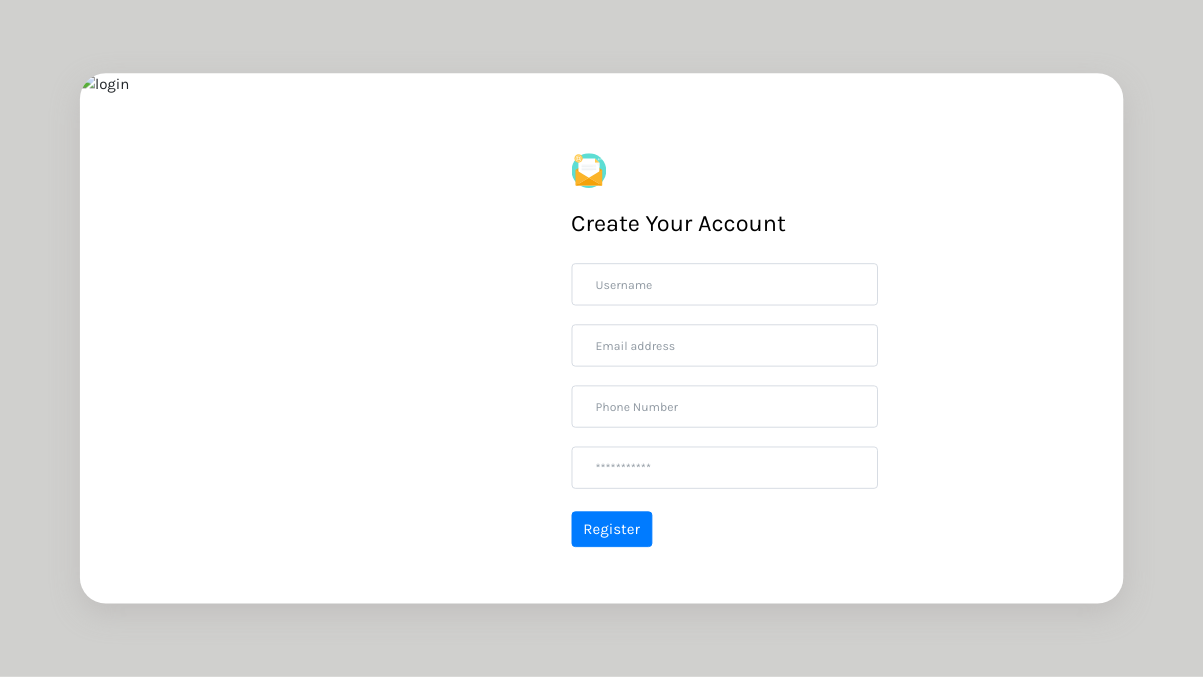
Repository: sara55m/Login
Page: http://localhost/register
An editor plug-in stored every save of this project. The page is shown before and after the next save, followed by the edit.
The browser window is 1280 px wide. The pictures show the whole page, at 94% of full size.
Some web libraries are served in a nearby version. The page is served by the project's Laravel application, run on PHP 8.4 with Laravel 10. Other server files are loaded and not shown.

Above is the page before, as saved 2024-03-01 20:25:09.

### routes/web.php
<?php

use Illuminate\Support\Facades\Route;
use App\Http\Controllers\RegisterController;

/*
|--------------------------------------------------------------------------
| Web Routes
|--------------------------------------------------------------------------
|
| Here is where you can register web routes for your application. These
| routes are loaded by the RouteServiceProvider and all of them will
| be assigned to the "web" middleware group. Make something great!
|
*/

Route::get('/', function () {
    return view('welcome');
});


Route::get('/register', [RegisterController::class,'create']);


Route::post('/register/store', [RegisterController::class,'store']);

### app/Http/Controllers/RegisterController.php
<?php

namespace App\Http\Controllers;

use Illuminate\Http\Request;
use App\Models\User;

class RegisterController extends Controller
{
    public function create(){
        return view('register');
    }
    public function store(Request $request){
        $input=$request->all();
        $validateData=$request->validate([
            'username'=>'required|max:255',
            'email'=>'required|unique:users,email|max:255',
            'phone'=>'required|max_digits:11',
            'password'=>'required'
        ]);

        User::create([

            'username'=>$request->username,
            'email'=>$request->email,
            'phone'=>$request->phone,
            'password'=>$request->password

        ]);
        session()->flash('Add','Your Account Was Successfully Created');


        return redirect('/register');


    }
}

### resources/views/register.blade.php
<!DOCTYPE html>
<html lang="en">
<head>
  <meta charset="UTF-8">
  <meta name="viewport" content="width=device-width, initial-scale=1.0">
  <meta http-equiv="X-UA-Compatible" content="ie=edge">
  <title>Register Template</title>
  <link href="https://fonts.googleapis.com/css?family=Karla:400,700&display=swap" rel="stylesheet">
  <link rel="stylesheet" href="https://cdn.materialdesignicons.com/4.8.95/css/materialdesignicons.min.css">
  <link rel="stylesheet" href="https://stackpath.bootstrapcdn.com/bootstrap/4.4.1/css/bootstrap.min.css">
  <link rel="stylesheet" href="assets/css/login.css">
</head>
<body>
  <main class="d-flex align-items-center min-vh-100 py-3 py-md-0">
    <div class="container">
      <div class="card login-card">
        <div class="row no-gutters">
          <div class="col-md-5">
            <img src="assets/images/login.jpg" alt="login" class="login-card-img">
          </div>
          <div class="col-md-7">
            <div class="card-body">
              <div class="brand-wrapper">
                <img src="assets/images/email.svg" alt="logo" class="logo">
              </div>
              <p class="login-card-description">Create Your Account</p>
              @if($errors->any())
              <div class="alert alert-danger">
                <ul>
                  @foreach ($errors->all() as $error )
                  <li>{{$error}}</li>
                  @endforeach
                </ul>
              </div>
              @endif

              @if(session()->has('Add'))
<div class="alert alert-success alert-dismissible fade show" role="alert">
	<strong>{{session()->get('Add')}}</strong>
	<button type="button" class="close" data-dismiss="alert" aria-label="Close">
		<span aria-hidden="true">&times;</span>
	</button>
</div>
@endif
              <form action="/register/store" method="post">
                @csrf
                <div class="form-group">
                    <label for="username" class="sr-only">Username</label>
                    <input type="text" name="username" id="username" class="form-control" placeholder="Username">

                  </div>
                  <div class="form-group">
                    <label for="email" class="sr-only">Email</label>
                    <input type="email" name="email" id="email" class="form-control" placeholder="Email address">
                  </div>

                  <div class="form-group">
                    <label for="phone" class="sr-only">Phone</label>
                    <input type="text" name="phone" id="phone" class="form-control" placeholder="Phone Number">
                  </div>
                  <div class="form-group mb-4">
                    <label for="password" class="sr-only">Password</label>
                    <input type="password" name="password" id="password" class="form-control" placeholder="***********">
                  </div>
                  <button type="submit" class="btn btn-primary" name="register">Register</button>
                </form>



                </nav>
            </div>
          </div>
        </div>
      </div>
      <!-- <div class="card login-card">
        <img src="assets/images/login.jpg" alt="login" class="login-card-img">
        <div class="card-body">
          <h2 class="login-card-title">Login</h2>
          <p class="login-card-description">Sign in to your account to continue.</p>
          <form action="#!">
            <div class="form-group">
              <label for="email" class="sr-only">Email</label>
              <input type="email" name="email" id="email" class="form-control" placeholder="Email">
            </div>
            <div class="form-group">
              <label for="password" class="sr-only">Password</label>
              <input type="password" name="password" id="password" class="form-control" placeholder="Password">
            </div>
            <div class="form-prompt-wrapper">
              <div class="custom-control custom-checkbox login-card-check-box">
                <input type="checkbox" class="custom-control-input" id="customCheck1">
                <label class="custom-control-label" for="customCheck1">Remember me</label>
              </div>
              <a href="#!" class="text-reset">Forgot password?</a>
            </div>
            <input name="login" id="login" class="btn btn-block login-btn mb-4" type="button" value="Login">
          </form>
          <p class="login-card-footer-text">Don't have an account? <a href="#!" class="text-reset">Register here</a></p>
        </div>
      </div> -->
    </div>
  </main>
  <script src="https://code.jquery.com/jquery-3.4.1.min.js"></script>
  <script src="https://cdn.jsdelivr.net/npm/popper.js@1.16.0/dist/umd/popper.min.js"></script>
  <script src="https://stackpath.bootstrapcdn.com/bootstrap/4.4.1/js/bootstrap.min.js"></script>
</body>
</html>

### public/assets/css/login.css
body {
  font-family: "Karla", sans-serif;
  background-color: #d0d0ce;
  min-height: 100vh; }

.brand-wrapper {
  margin-bottom: 19px; }
  .brand-wrapper .logo {
    height: 37px; }

.login-card {
  border: 0;
  border-radius: 27.5px;
  box-shadow: 0 10px 30px 0 rgba(172, 168, 168, 0.43);
  overflow: hidden; }
  .login-card-img {
    border-radius: 0;
    position: absolute;
    width: 100%;
    height: 100%;
    -o-object-fit: cover;
       object-fit: cover; }
  .login-card .card-body {
    padding: 85px 60px 60px; }
    @media (max-width: 422px) {
      .login-card .card-body {
        padding: 35px 24px; } }
  .login-card-description {
    font-size: 25px;
    color: #000;
    font-weight: normal;
    margin-bottom: 23px; }
  .login-card form {
    max-width: 326px; }
  .login-card .form-control {
    border: 1px solid #d5dae2;
    padding: 15px 25px;
    margin-bottom: 20px;
    min-height: 45px;
    font-size: 13px;
    line-height: 15;
    font-weight: normal; }
    .login-card .form-control::-webkit-input-placeholder {
      color: #919aa3; }
    .login-card .form-control::-moz-placeholder {
      color: #919aa3; }
    .login-card .form-control:-ms-input-placeholder {
      color: #919aa3; }
    .login-card .form-control::-ms-input-placeholder {
      color: #919aa3; }
    .login-card .form-control::placeholder {
      color: #919aa3; }
  .login-card .login-btn {
    padding: 13px 20px 12px;
    background-color: #000;
    border-radius: 4px;
    font-size: 17px;
    font-weight: bold;
    line-height: 20px;
    color: #fff;
    margin-bottom: 24px; }
    .login-card .login-btn:hover {
      border: 1px solid #000;
      background-color: transparent;
      color: #000; }
  .login-card .forgot-password-link {
    font-size: 14px;
    color: #919aa3;
    margin-bottom: 12px; }
  .login-card-footer-text {
    font-size: 16px;
    color: #0d2366;
    margin-bottom: 60px; }
    @media (max-width: 767px) {
      .login-card-footer-text {
        margin-bottom: 24px; } }
  .login-card-footer-nav a {
    font-size: 14px;
    color: #919aa3; }

/*# sourceMappingURL=login.css.map */

### public/assets/images/email.svg
<?xml version="1.0" encoding="iso-8859-1"?>
<!-- Generator: Adobe Illustrator 19.0.0, SVG Export Plug-In . SVG Version: 6.00 Build 0)  -->
<svg version="1.1" id="Layer_1" xmlns="http://www.w3.org/2000/svg" xmlns:xlink="http://www.w3.org/1999/xlink" x="0px" y="0px"
	 viewBox="0 0 512 512" style="enable-background:new 0 0 512 512;" xml:space="preserve">
<path style="fill:#5DDDD3;" d="M255.999,0C397.385,0,512,114.613,512,256.001C512,397.385,397.385,512,255.999,512
	S0,397.385,0,256.001C0,114.613,114.615,0,255.999,0z"/>
<g>
	<path style="fill:#F5A209;" d="M450.359,244.56H61.643l194.358-114.723L450.359,244.56z"/>
	<path style="fill:#F5A209;" d="M61.641,244.56h388.716v229.45H61.641V244.56z"/>
</g>
<path style="fill:#FFFFFF;" d="M101.578,77.635h244.43l64.413,64.413v331.965H101.578V77.637V77.635z"/>
<path style="fill:#ECF0F1;" d="M148.146,162.641h215.701v4.864H148.146V162.641z M148.146,215.039L148.146,215.039h215.701v4.868
	H148.146V215.039z M148.146,224.064L148.146,224.064h215.701v4.866H148.146V224.064z M148.146,233.088L148.146,233.088h215.701
	v4.864H148.146V233.088z M148.146,242.113L148.146,242.113h215.712v4.864H148.146V242.113z M148.146,171.665L148.146,171.665
	h215.701v4.866H148.146V171.665z M148.146,180.69L148.146,180.69h215.701v4.866H148.146V180.69z M148.146,189.714L148.146,189.714
	h215.712v4.864H148.146V189.714z M148.144,198.739L148.144,198.739h165.225v4.864H148.144V198.739z M148.144,251.139
	L148.144,251.139h165.225v4.866H148.144V251.139z"/>
<path style="fill:#FFCA4F;" d="M346.01,77.635v64.413h64.413L346.01,77.635z"/>
<path style="fill:#B3B3B3;" d="M218.214,426.22h73.188v7.15h-73.188V426.22z"/>
<g>
	<path style="fill:#FBB429;" d="M61.641,244.56l194.358,114.723L61.641,474.01V244.56z"/>
	<path style="fill:#FBB429;" d="M450.359,244.56L256.001,359.283L450.359,474.01V244.56z"/>
</g>
<path style="fill:#F5A209;" d="M255.999,359.283L61.641,474.01h388.716L255.999,359.283z"/>
<path style="fill:#F7FAFA;" d="M410.42,206.456v-64.41h-64.41L410.42,206.456z"/>
<path style="fill:#FFCA4F;" d="M103.842,16.605c33.759,0,61.127,27.367,61.127,61.127s-27.369,61.127-61.127,61.127
	c-33.761,0-61.127-27.369-61.127-61.127C42.715,43.971,70.083,16.605,103.842,16.605z"/>
<g>
	<path style="fill:#FFFFFF;" d="M108.481,93.852c-1.905,2.207-4.039,3.98-6.412,5.318c-2.359,1.336-4.732,1.998-7.106,1.998
		c-2.615,0-5.153-0.765-7.631-2.282c-2.463-1.532-4.46-3.876-6.008-7.047c-1.548-3.168-2.313-6.654-2.313-10.44
		c0-4.67,1.202-9.342,3.59-14.029c2.388-4.67,5.36-8.184,8.908-10.544c3.545-2.344,7-3.515,10.334-3.515
		c2.553,0,4.987,0.659,7.313,1.998c2.315,1.338,4.313,3.38,5.98,6.099l1.548-6.835h7.84l-6.339,29.56
		c-0.889,4.116-1.323,6.383-1.323,6.817c0,0.798,0.3,1.488,0.902,2.059c0.602,0.571,1.336,0.855,2.176,0.855
		c1.561,0,3.605-0.886,6.129-2.674c3.349-2.344,6.008-5.483,7.962-9.432c1.951-3.936,2.926-7.99,2.926-12.182
		c0-4.897-1.261-9.463-3.768-13.699c-2.509-4.249-6.264-7.644-11.251-10.2c-4.97-2.538-10.484-3.814-16.508-3.814
		c-6.879,0-13.172,1.607-18.852,4.807c-5.693,3.215-10.109,7.812-13.231,13.805c-3.142,5.995-4.703,12.42-4.703,19.286
		c0,7.181,1.561,13.355,4.688,18.536c3.138,5.197,7.66,9.027,13.577,11.505c5.918,2.476,12.466,3.709,19.663,3.709
		c7.706,0,14.149-1.29,19.345-3.889c5.197-2.582,9.086-5.739,11.672-9.448h7.929c-1.501,3.08-4.07,6.233-7.704,9.432
		c-3.636,3.199-7.962,5.739-12.978,7.6c-5.018,1.863-11.071,2.794-18.131,2.794c-6.52,0-12.528-0.842-18.025-2.509
		c-5.512-1.667-10.197-4.176-14.074-7.523c-3.876-3.365-6.791-7.228-8.758-11.582c-2.463-5.541-3.695-11.52-3.695-17.934
		c0-7.135,1.473-13.952,4.403-20.426c3.587-7.931,8.681-14.014,15.275-18.236c6.595-4.22,14.585-6.324,23.989-6.324
		c7.285,0,13.833,1.486,19.632,4.46c5.799,2.974,10.38,7.404,13.714,13.293c2.855,5.062,4.282,10.577,4.282,16.523
		c0,8.502-2.99,16.043-8.967,22.635c-5.349,5.92-11.176,8.879-17.513,8.879c-2.031,0-3.651-0.317-4.897-0.933
		c-1.248-0.615-2.161-1.502-2.749-2.659C108.933,96.93,108.664,95.653,108.481,93.852z M87.123,81.954L87.123,81.954
		c0,4.026,0.961,7.148,2.871,9.373c1.905,2.238,4.086,3.349,6.562,3.349c1.638,0,3.365-0.498,5.197-1.473
		c1.817-0.992,3.561-2.447,5.214-4.385c1.665-1.938,3.018-4.401,4.07-7.375c1.065-2.974,1.592-5.962,1.592-8.965
		c0-3.982-0.992-7.091-2.974-9.285c-1.982-2.207-4.403-3.305-7.241-3.305c-1.876,0-3.651,0.481-5.318,1.427
		c-1.654,0.961-3.259,2.494-4.82,4.61c-1.548,2.103-2.809,4.67-3.742,7.706c-0.946,3.018-1.411,5.797-1.411,8.321V81.954z"/>
	<path style="fill:#FFFFFF;" d="M473.318,59.119l18.644,16.812l1.707,1.539l-1.707,1.537l-18.644,16.812l-2.767-3.074l14.638-13.203
		h-68.45v-4.145h68.45l-14.638-13.203l2.767-3.074V59.119z"/>
	<path style="fill:#FFFFFF;" d="M405.645,70.798l-18.642,16.814l-1.707,1.537l1.707,1.539l18.642,16.814l2.767-3.076l-14.638-13.203
		h68.45v-4.143h-68.45l14.638-13.205l-2.767-3.076V70.798z"/>
</g>
<g>
</g>
<g>
</g>
<g>
</g>
<g>
</g>
<g>
</g>
<g>
</g>
<g>
</g>
<g>
</g>
<g>
</g>
<g>
</g>
<g>
</g>
<g>
</g>
<g>
</g>
<g>
</g>
<g>
</g>
</svg>

### resources/views/layout.blade.php
<!DOCTYPE html>
<html lang="en">
<head>
  <meta charset="UTF-8">
  <meta name="viewport" content="width=device-width, initial-scale=1.0">
  <meta http-equiv="X-UA-Compatible" content="ie=edge">
  <title>@yield('title')</title>
  <link href="https://fonts.googleapis.com/css?family=Karla:400,700&display=swap" rel="stylesheet">
  <link rel="stylesheet" href="https://cdn.materialdesignicons.com/4.8.95/css/materialdesignicons.min.css">
  <link rel="stylesheet" href="https://stackpath.bootstrapcdn.com/bootstrap/4.4.1/css/bootstrap.min.css">
  <link rel="stylesheet" href="assets/css/login.css">
</head>
<body>
    <main class="d-flex align-items-center min-vh-100 py-3 py-md-0">
        <div class="container">
          <div class="card login-card">
            <div class="row no-gutters">
              <div class="col-md-5">
                <img src="assets/images/login.jpg" alt="login" class="login-card-img">
              </div>
              <div class="col-md-7">
                <div class="card-body">
                  <div class="brand-wrapper">
                    <img src="assets/images/email.svg" alt="logo" class="logo">
                  </div>
                  @yield('content')

                </div>
            </div>
          </div>
        </div>
        <!-- <div class="card login-card">
          <img src="assets/images/login.jpg" alt="login" class="login-card-img">
          <div class="card-body">
            <h2 class="login-card-title">Login</h2>
            <p class="login-card-description">Sign in to your account to continue.</p>
            <form action="#!">
              <div class="form-group">
                <label for="email" class="sr-only">Email</label>
                <input type="email" name="email" id="email" class="form-control" placeholder="Email">
              </div>
              <div class="form-group">
                <label for="password" class="sr-only">Password</label>
                <input type="password" name="password" id="password" class="form-control" placeholder="Password">
              </div>
              <div class="form-prompt-wrapper">
                <div class="custom-control custom-checkbox login-card-check-box">
                  <input type="checkbox" class="custom-control-input" id="customCheck1">
                  <label class="custom-control-label" for="customCheck1">Remember me</label>
                </div>
                <a href="#!" class="text-reset">Forgot password?</a>
              </div>
              <input name="login" id="login" class="btn btn-block login-btn mb-4" type="button" value="Login">
            </form>
            <p class="login-card-footer-text">Don't have an account? <a href="#!" class="text-reset">Register here</a></p>
          </div>
        </div> -->
      </div>
    </main>
    <script src="https://code.jquery.com/jquery-3.4.1.min.js"></script>
    <script src="https://cdn.jsdelivr.net/npm/popper.js@1.16.0/dist/umd/popper.min.js"></script>
    <script src="https://stackpath.bootstrapcdn.com/bootstrap/4.4.1/js/bootstrap.min.js"></script>
  </body>
  </html>

Loaded but not shown: app/Http/Controllers/Controller.php (common file)

After the next save:
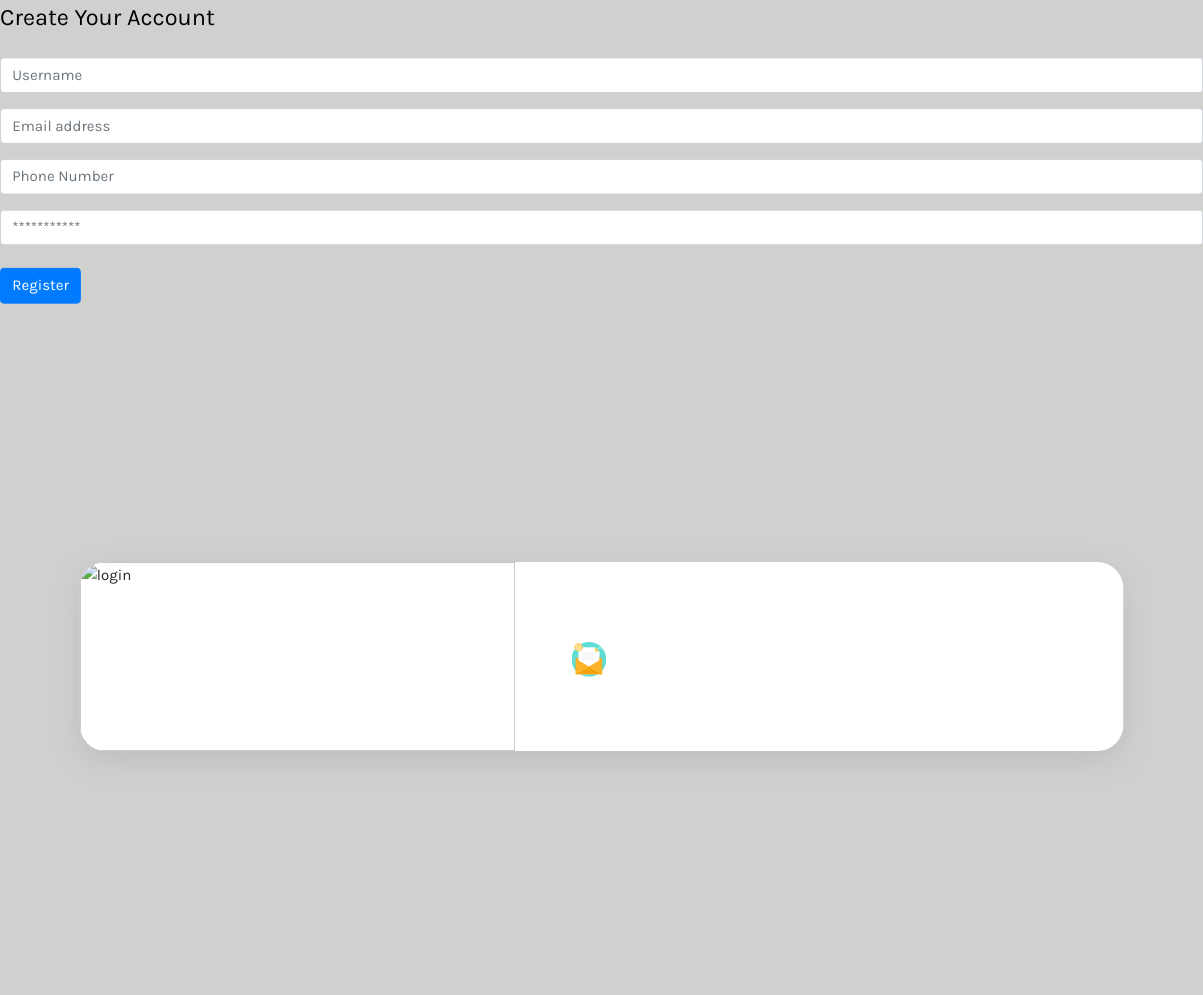
Saved 81 s later.
--- a/resources/views/register.blade.php
+++ b/resources/views/register.blade.php
@@ -1,28 +1,4 @@
-<!DOCTYPE html>
-<html lang="en">
-<head>
-  <meta charset="UTF-8">
-  <meta name="viewport" content="width=device-width, initial-scale=1.0">
-  <meta http-equiv="X-UA-Compatible" content="ie=edge">
-  <title>Register Template</title>
-  <link href="https://fonts.googleapis.com/css?family=Karla:400,700&display=swap" rel="stylesheet">
-  <link rel="stylesheet" href="https://cdn.materialdesignicons.com/4.8.95/css/materialdesignicons.min.css">
-  <link rel="stylesheet" href="https://stackpath.bootstrapcdn.com/bootstrap/4.4.1/css/bootstrap.min.css">
-  <link rel="stylesheet" href="assets/css/login.css">
-</head>
-<body>
-  <main class="d-flex align-items-center min-vh-100 py-3 py-md-0">
-    <div class="container">
-      <div class="card login-card">
-        <div class="row no-gutters">
-          <div class="col-md-5">
-            <img src="assets/images/login.jpg" alt="login" class="login-card-img">
-          </div>
-          <div class="col-md-7">
-            <div class="card-body">
-              <div class="brand-wrapper">
-                <img src="assets/images/email.svg" alt="logo" class="logo">
-              </div>
+@extends('layout')
               <p class="login-card-description">Create Your Account</p>
               @if($errors->any())
               <div class="alert alert-danger">
@@ -68,40 +44,3 @@
 
 
                 </nav>
-            </div>
-          </div>
-        </div>
-      </div>
-      <!-- <div class="card login-card">
-        <img src="assets/images/login.jpg" alt="login" class="login-card-img">
-        <div class="card-body">
-          <h2 class="login-card-title">Login</h2>
-          <p class="login-card-description">Sign in to your account to continue.</p>
-          <form action="#!">
-            <div class="form-group">
-              <label for="email" class="sr-only">Email</label>
-              <input type="email" name="email" id="email" class="form-control" placeholder="Email">
-            </div>
-            <div class="form-group">
-              <label for="password" class="sr-only">Password</label>
-              <input type="password" name="password" id="password" class="form-control" placeholder="Password">
-            </div>
-            <div class="form-prompt-wrapper">
-              <div class="custom-control custom-checkbox login-card-check-box">
-                <input type="checkbox" class="custom-control-input" id="customCheck1">
-                <label class="custom-control-label" for="customCheck1">Remember me</label>
-              </div>
-              <a href="#!" class="text-reset">Forgot password?</a>
-            </div>
-            <input name="login" id="login" class="btn btn-block login-btn mb-4" type="button" value="Login">
-          </form>
-          <p class="login-card-footer-text">Don't have an account? <a href="#!" class="text-reset">Register here</a></p>
-        </div>
-      </div> -->
-    </div>
-  </main>
-  <script src="https://code.jquery.com/jquery-3.4.1.min.js"></script>
-  <script src="https://cdn.jsdelivr.net/npm/popper.js@1.16.0/dist/umd/popper.min.js"></script>
-  <script src="https://stackpath.bootstrapcdn.com/bootstrap/4.4.1/js/bootstrap.min.js"></script>
-</body>
-</html>

After the 2 saves that followed:
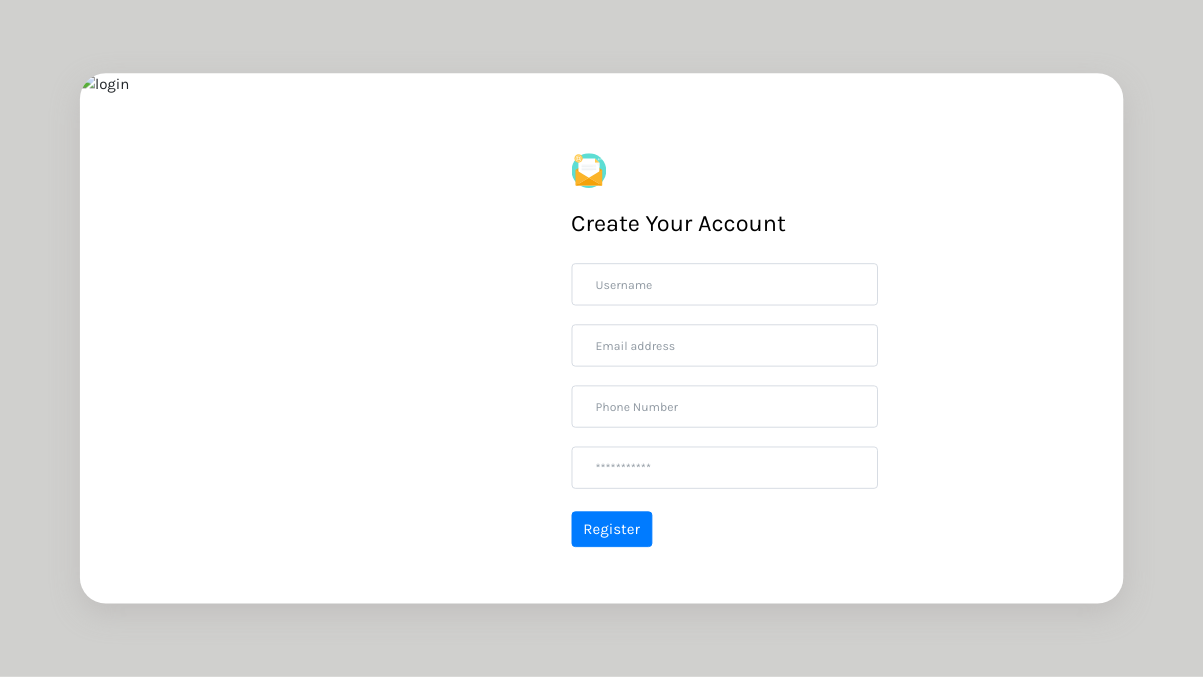
The 2 saves are shown as one change because 1 left the picture as it was.
The last was saved 2 min 43 s later.
--- a/resources/views/register.blade.php
+++ b/resources/views/register.blade.php
@@ -1,4 +1,8 @@
 @extends('layout')
+@section('title')
+Registration Form
+@stop
+@section('content')
               <p class="login-card-description">Create Your Account</p>
               @if($errors->any())
               <div class="alert alert-danger">
@@ -44,3 +48,4 @@
 
 
                 </nav>
+                @endsection
